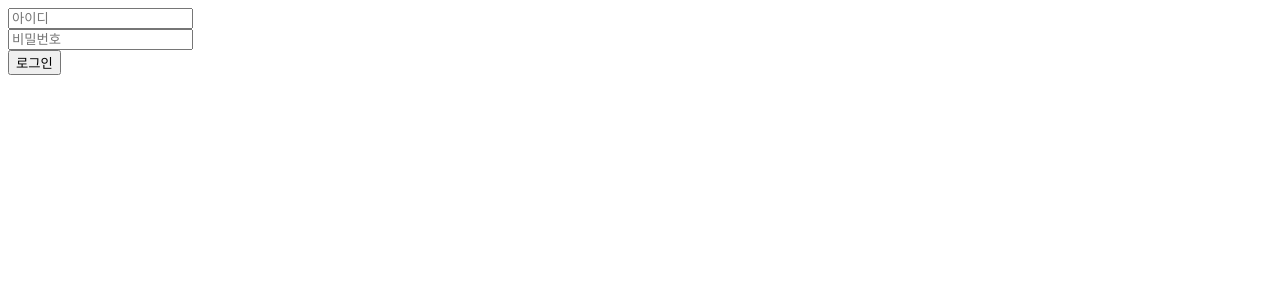
Repository: eun-chongzzz/jsp_practice
Page: http://localhost/JSPBasic/jspObject/1.requests/req_login_form.jsp
These files come from the project's save history. The page is drawn as it stood at one moment and after the next save; the edit follows.
The browser window is 1280 px wide. The pictures show the whole page.
The page is served by Tomcat 9.

Above is the page before, as saved 2022-02-04 01:35:47.

After the next save:
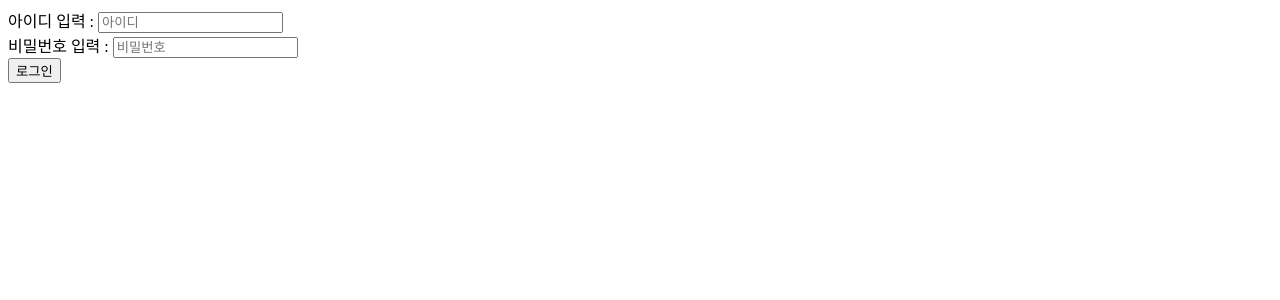
Saved 8 min 38 s later.
--- a/JSPBasic/src/main/webapp/jspObject/1.requests/req_login_form.jsp
+++ b/JSPBasic/src/main/webapp/jspObject/1.requests/req_login_form.jsp
@@ -7,10 +7,11 @@
 <title>Insert title here</title>
 </head>
 <body>
-	<form action="req_login_result.jsp" method="get">
-	<input type="text" name="id" placeholder="아이디"/><br/>
-	<input type="password" name="pw" placeholder="비밀번호"/><br/>
+	<form action="req_login_result.jsp" method="post">
+	아이디 입력 : <input type="text" name="id" placeholder="아이디"/><br/>
+	비밀번호 입력 : <input type="password" name="pw" placeholder="비밀번호"/><br/>
 	<input type="submit" value="로그인"/><br/>
 	</form>
+	<a he></a>
 </body>
 </html>
